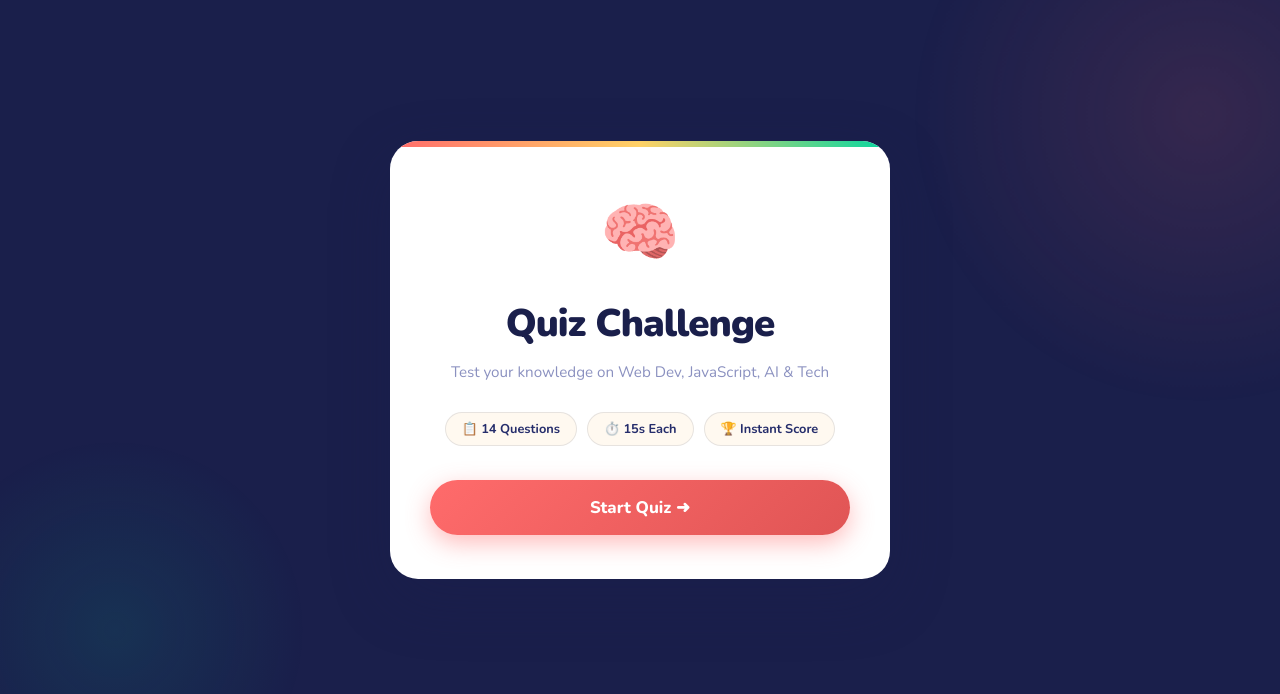
Repository: fatimaqueen9967-eng/SyntacexhubQuizApp
Page: index.html
The author's editor kept a copy of each file at every save. The page is drawn from the files as they stood at one save, then again after the next save.
The browser window is 1280 px wide. The pictures show the whole page.

Above is the page before, as saved 2026-03-15 16:12:42.

### index.html
<!DOCTYPE html>
<html lang="en">
<head>
    <meta charset="UTF-8">
    <meta name="viewport" content="width=device-width, initial-scale=1.0">
    <title>Quiz App</title>
    <link rel="preconnect" href="https://fonts.googleapis.com">
    <link href="https://fonts.googleapis.com/css2?family=Nunito:wght@400;600;700;800;900&display=swap" rel="stylesheet">
    <link rel="stylesheet" href="style.css">
</head>
<body>

    <!-- ========== SCREEN 1: START ========== -->
    <div id="start-screen" class="screen active">
        <div class="start-card">
            <div class="start-icon">🧠</div>
            <h1>Quiz Challenge</h1>
            <p class="start-sub">Test your knowledge on Web Dev, JavaScript, AI & Tech</p>
            <div class="start-badges">
                <div class="badge">📋 14 Questions</div>
                <div class="badge">⏱️ 15s Each</div>
                <div class="badge">🏆 Instant Score</div>
            </div>
            <button id="startBtn" class="btn-main">Start Quiz ➜</button>
        </div>
    </div>

    <!-- ========== SCREEN 2: QUIZ ========== -->
    <div id="quiz-screen" class="screen">
        <h1 class="quiz-heading">My Quiz App</h1>
        <div class="box" id="quiz-box">
            <div id="progress-bar-wrap">
                <div id="progress-bar"></div>
            </div>
            <div id="meta-row">
                <span id="q-counter">Question 1 / 14</span>
                <span id="timer">⏱ 15s</span>
            </div>
            <div class="question">
                <p id="question-text">Loading...</p>
            </div>
            <div class="options" id="options-container"></div>
            <p id="feedback"></p>
            <button id="nextBtn" style="display:none;">Next →</button>
        </div>
    </div>

    <!-- ========== SCREEN 3: RESULT ========== -->
    <div id="result-screen" class="screen">
        <div class="result-card">
            <div class="result-trophy" id="result-trophy">🏆</div>
            <h2 class="result-title" id="result-title">Excellent!</h2>
            <p class="result-sub" id="result-sub">You really know your stuff!</p>

            <div class="score-ring-wrap">
                <svg class="score-svg" viewBox="0 0 120 120">
                    <defs>
                        <linearGradient id="scoreGrad" x1="0%" y1="0%" x2="100%" y2="100%">
                            <stop offset="0%"   stop-color="#ff6b6b"/>
                            <stop offset="50%"  stop-color="#ffd166"/>
                            <stop offset="100%" stop-color="#06d6a0"/>
                        </linearGradient>
                    </defs>
                    <circle class="ring-bg"   cx="60" cy="60" r="50"/>
                    <circle class="ring-fill" id="ring-fill" cx="60" cy="60" r="50"/>
                </svg>
                <div class="score-center">
                    <span class="score-num" id="score-num">0</span>
                    <span class="score-den">/14</span>
                </div>
            </div>

            <div class="result-stats">
                <div class="stat-box stat-correct">
                    <span class="stat-icon">✅</span>
                    <span class="stat-num" id="st-correct">0</span>
                    <span class="stat-lbl">Correct</span>
                </div>
                <div class="stat-box stat-wrong">
                    <span class="stat-icon">❌</span>
                    <span class="stat-num" id="st-wrong">0</span>
                    <span class="stat-lbl">Wrong</span>
                </div>
                <div class="stat-box stat-pct">
                    <span class="stat-icon">📊</span>
                    <span class="stat-num" id="st-pct">0%</span>
                    <span class="stat-lbl">Score</span>
                </div>
            </div>

            <p class="result-msg" id="result-msg"></p>

            <div class="result-btns">
                <button id="restartBtn" class="btn-main">🔄 Play Again</button>
            </div>
        </div>
    </div>

    <script src="script.js"></script>
</body>
</html>

### style.css
@import url('https://fonts.googleapis.com/css2?family=Nunito:wght@400;600;700;800;900&display=swap');

*, *::before, *::after {
    box-sizing: border-box;
    margin: 0;
    padding: 0;
}

:root {
    --navy:        #1a1f4b;
    --navy-mid:    #252d6b;
    --navy-light:  #3a4490;
    --coral:       #ff6b6b;
    --coral-dark:  #e05555;
    --coral-light: #ff9a9a;
    --cream:       #fff9f0;
    --gold:        #ffd166;
    --gold-dark:   #f5b800;
    --mint:        #06d6a0;
    --mint-dark:   #05b887;
    --text-dark:   #1a1f4b;
    --text-mid:    #4a5180;
    --text-muted:  #8b91c0;
    --white:       #ffffff;
    --shadow-deep: 0 20px 60px rgba(26,31,75,0.3);
    --radius-sm:   10px;
    --radius-md:   18px;
    --radius-lg:   28px;
}

body {
    font-family: 'Nunito', sans-serif;
    background: var(--navy);
    min-height: 100vh;
    display: flex;
    align-items: center;
    justify-content: center;
    padding: 20px;
    overflow-x: hidden;
    position: relative;
}

body::before {
    content: '';
    position: fixed;
    width: 600px; height: 600px;
    background: radial-gradient(circle, rgba(255,107,107,0.12) 0%, transparent 65%);
    top: -200px; right: -200px;
    border-radius: 50%;
    pointer-events: none;
    animation: bgFloat 8s ease-in-out infinite alternate;
}
body::after {
    content: '';
    position: fixed;
    width: 400px; height: 400px;
    background: radial-gradient(circle, rgba(6,214,160,0.1) 0%, transparent 65%);
    bottom: -100px; left: -100px;
    border-radius: 50%;
    pointer-events: none;
    animation: bgFloat 10s ease-in-out infinite alternate-reverse;
}
@keyframes bgFloat {
    from { transform: translate(0,0) scale(1); }
    to   { transform: translate(30px,20px) scale(1.08); }
}

/* SCREENS */
.screen {
    position: fixed;
    inset: 0;
    display: flex;
    flex-direction: column;
    align-items: center;
    justify-content: center;
    padding: 20px;
    opacity: 0;
    pointer-events: none;
    transition: opacity 0.45s ease;
    z-index: 10;
    overflow-y: auto;
}
.screen.active {
    opacity: 1;
    pointer-events: all;
}

/* START CARD */
.start-card {
    background: var(--white);
    border-radius: var(--radius-lg);
    padding: 52px 40px 44px;
    text-align: center;
    max-width: 440px;
    width: 100%;
    box-shadow: var(--shadow-deep);
    animation: popIn 0.7s cubic-bezier(0.16,1,0.3,1) both;
    position: relative;
    overflow: hidden;
}
.start-card::before {
    content: '';
    position: absolute;
    top: 0; left: 0; right: 0;
    height: 6px;
    background: linear-gradient(90deg, var(--coral), var(--gold), var(--mint));
}

.start-icon {
    font-size: 4rem;
    display: block;
    margin-bottom: 16px;
    animation: bounce 1.8s ease-in-out infinite;
}
@keyframes bounce {
    0%,100% { transform: translateY(0); }
    50%      { transform: translateY(-10px); }
}

.start-card h1 {
    font-size: 2.4rem;
    font-weight: 900;
    color: var(--navy);
    letter-spacing: -1px;
    margin-bottom: 10px;
}
.start-sub {
    color: var(--text-muted);
    font-size: 0.95rem;
    line-height: 1.6;
    margin-bottom: 28px;
}
.start-badges {
    display: flex;
    justify-content: center;
    gap: 10px;
    flex-wrap: wrap;
    margin-bottom: 34px;
}
.badge {
    background: var(--cream);
    color: var(--navy-mid);
    border: 1.5px solid rgba(26,31,75,0.1);
    padding: 7px 16px;
    border-radius: 50px;
    font-size: 0.8rem;
    font-weight: 700;
}

/* MAIN BUTTON */
.btn-main {
    display: inline-flex;
    align-items: center;
    justify-content: center;
    gap: 8px;
    width: 100%;
    padding: 16px 32px;
    background: linear-gradient(135deg, var(--coral), var(--coral-dark));
    color: var(--white);
    border: none;
    border-radius: 50px;
    font-family: 'Nunito', sans-serif;
    font-size: 1.05rem;
    font-weight: 800;
    cursor: pointer;
    box-shadow: 0 8px 24px rgba(255,107,107,0.45);
    transition: transform 0.25s ease, box-shadow 0.25s ease;
}
.btn-main:hover {
    transform: translateY(-3px);
    box-shadow: 0 14px 32px rgba(255,107,107,0.55);
}
.btn-main:active { transform: translateY(0); }

/* QUIZ SCREEN */
.quiz-heading {
    font-size: 1.5rem;
    font-weight: 900;
    color: var(--white);
    margin-bottom: 18px;
    letter-spacing: -0.5px;
}
.box {
    background: var(--white);
    color: var(--text-dark);
    padding: 28px 24px;
    border-radius: var(--radius-md);
    width: 100%;
    max-width: 460px;
    overflow-wrap: anywhere;
    box-shadow: var(--shadow-deep);
    border-top: 6px solid var(--coral);
}

#progress-bar-wrap {
    background: #ede8ff;
    border-radius: 50px;
    height: 8px;
    margin-bottom: 14px;
    overflow: hidden;
}
#progress-bar {
    height: 100%;
    background: linear-gradient(90deg, var(--coral), var(--gold));
    border-radius: 50px;
    width: 0%;
    transition: width 0.5s ease;
    box-shadow: 0 0 8px rgba(255,107,107,0.4);
}

#meta-row {
    display: flex;
    justify-content: space-between;
    align-items: center;
    margin-bottom: 18px;
    font-size: 0.82rem;
    font-weight: 700;
    color: var(--text-mid);
}
#timer {
    background: #fff0f0;
    border: 1.5px solid var(--coral-light);
    color: var(--coral-dark);
    padding: 4px 14px;
    border-radius: 50px;
    font-weight: 800;
    font-size: 0.8rem;
    transition: all 0.3s;
}
#timer.urgent {
    background: var(--coral);
    color: var(--white);
    border-color: var(--coral);
    animation: timerPulse 0.5s ease infinite alternate;
}
@keyframes timerPulse {
    from { transform: scale(1); }
    to   { transform: scale(1.08); }
}

.question { margin-bottom: 16px; }
.question p {
    font-size: 1.05rem;
    font-weight: 700;
    color: var(--navy);
    line-height: 1.65;
}
.options {
    display: flex;
    flex-direction: column;
    gap: 8px;
    margin-bottom: 16px;
}

button {
    background: var(--cream);
    color: var(--navy);
    padding: 12px 16px;
    margin: 0;
    border: 2px solid rgba(26,31,75,0.1);
    border-radius: var(--radius-sm);
    cursor: pointer;
    font-family: 'Nunito', sans-serif;
    font-size: 0.88rem;
    font-weight: 700;
    text-align: left;
    width: 100%;
    transition: background 0.2s, transform 0.18s, box-shadow 0.2s, border-color 0.2s;
    animation: fadeSlideUp 0.3s ease both;
}
button:nth-child(1) { animation-delay: 0.04s; }
button:nth-child(2) { animation-delay: 0.09s; }
button:nth-child(3) { animation-delay: 0.14s; }
button:nth-child(4) { animation-delay: 0.19s; }

button:hover:not(:disabled) {
    background: #ede8ff;
    border-color: var(--navy-light);
    transform: translateX(5px);
    box-shadow: 0 4px 14px rgba(26,31,75,0.12);
}
button.correct {
    background: #d4f7e8 !important;
    border-color: var(--mint) !important;
    color: #047857 !important;
    animation: correctPop 0.35s ease both;
}
button.wrong {
    background: #ffe5e5 !important;
    border-color: var(--coral) !important;
    color: var(--coral-dark) !important;
    animation: wrongShake 0.4s ease both;
}
button:disabled { cursor: not-allowed; opacity: 0.9; }

#feedback {
    font-size: 0.85rem;
    font-weight: 700;
    min-height: 22px;
    margin-bottom: 10px;
    color: var(--text-muted);
}
#feedback.ok      { color: var(--mint-dark); }
#feedback.err     { color: var(--coral-dark); }
#feedback.timeout { color: var(--gold-dark); }

#nextBtn {
    background: linear-gradient(135deg, var(--navy), var(--navy-light));
    color: var(--white);
    padding: 12px 28px;
    border: none;
    border-radius: 50px;
    font-family: 'Nunito', sans-serif;
    font-size: 0.92rem;
    font-weight: 800;
    width: 100%;
    text-align: center;
    cursor: pointer;
    box-shadow: 0 6px 18px rgba(26,31,75,0.3);
    transition: transform 0.2s, box-shadow 0.2s;
    animation: fadeIn 0.3s ease both;
}
#nextBtn:hover {
    transform: translateY(-2px);
    box-shadow: 0 10px 26px rgba(26,31,75,0.4);
}

/* RESULT SCREEN */
.result-card {
    background: var(--white);
    border-radius: var(--radius-lg);
    padding: 44px 36px 40px;
    text-align: center;
    max-width: 440px;
    width: 100%;
    box-shadow: var(--shadow-deep);
    animation: popIn 0.7s cubic-bezier(0.16,1,0.3,1) both;
    position: relative;
    overflow: hidden;
}
.result-card::before {
    content: '';
    position: absolute;
    top: 0; left: 0; right: 0;
    height: 6px;
    background: linear-gradient(90deg, var(--gold), var(--coral), var(--mint));
}
.result-trophy {
    font-size: 4rem;
    display: block;
    margin-bottom: 10px;
    animation: trophyBounce 0.7s cubic-bezier(0.36,0.07,0.19,0.97) both 0.2s;
}
@keyframes trophyBounce {
    0%   { transform: scale(0) rotate(-15deg); opacity: 0; }
    60%  { transform: scale(1.25) rotate(5deg); }
    80%  { transform: scale(0.9) rotate(-3deg); }
    100% { transform: scale(1) rotate(0deg); opacity: 1; }
}
.result-title {
    font-size: 2rem;
    font-weight: 900;
    color: var(--navy);
    margin-bottom: 4px;
    letter-spacing: -0.5px;
}
.result-sub {
    color: var(--text-muted);
    font-size: 0.92rem;
    margin-bottom: 26px;
}

/* Score Ring */
.score-ring-wrap {
    position: relative;
    width: 150px; height: 150px;
    margin: 0 auto 28px;
}
.score-svg {
    width: 100%; height: 100%;
    transform: rotate(-90deg);
}
.ring-bg {
    fill: none;
    stroke: #f0eeff;
    stroke-width: 10;
}
.ring-fill {
    fill: none;
    stroke: url(#scoreGrad);
    stroke-width: 10;
    stroke-linecap: round;
    stroke-dasharray: 314;
    stroke-dashoffset: 314;
    transition: stroke-dashoffset 1.4s cubic-bezier(0.4,0,0.2,1) 0.3s;
}
.score-center {
    position: absolute;
    inset: 0;
    display: flex;
    align-items: center;
    justify-content: center;
    gap: 2px;
}
.score-num {
    font-size: 2.4rem;
    font-weight: 900;
    color: var(--navy);
    line-height: 1;
}
.score-den {
    font-size: 1rem;
    font-weight: 700;
    color: var(--text-muted);
    margin-top: 10px;
}

/* Stat Boxes */
.result-stats {
    display: flex;
    gap: 12px;
    margin-bottom: 20px;
    justify-content: center;
}
.stat-box {
    flex: 1;
    border-radius: var(--radius-sm);
    padding: 14px 10px;
    display: flex;
    flex-direction: column;
    align-items: center;
    gap: 4px;
    border: 2px solid transparent;
}
.stat-correct { background: #e8fdf4; border-color: #a7f3d0; }
.stat-wrong   { background: #fff1f1; border-color: #fecaca; }
.stat-pct     { background: #fff9e6; border-color: #fde68a; }
.stat-icon { font-size: 1.2rem; }
.stat-box .stat-num {
    font-size: 1.6rem;
    font-weight: 900;
    line-height: 1;
}
.stat-correct .stat-num { color: #059669; }
.stat-wrong   .stat-num { color: var(--coral-dark); }
.stat-pct     .stat-num { color: var(--gold-dark); }
.stat-lbl {
    font-size: 0.72rem;
    font-weight: 700;
    color: var(--text-muted);
    text-transform: uppercase;
    letter-spacing: 0.5px;
}
.result-msg {
    background: var(--cream);
    border-left: 4px solid var(--coral);
    color: var(--text-mid);
    font-size: 0.88rem;
    font-weight: 600;
    line-height: 1.55;
    padding: 12px 16px;
    border-radius: 0 var(--radius-sm) var(--radius-sm) 0;
    margin-bottom: 24px;
    text-align: left;
}
.result-btns { display: flex; gap: 12px; }

/* ANIMATIONS */
@keyframes popIn {
    from { opacity: 0; transform: scale(0.92) translateY(24px); }
    to   { opacity: 1; transform: scale(1) translateY(0); }
}
@keyframes fadeSlideUp {
    from { opacity: 0; transform: translateY(10px); }
    to   { opacity: 1; transform: translateY(0); }
}
@keyframes fadeIn {
    from { opacity: 0; }
    to   { opacity: 1; }
}
@keyframes correctPop {
    0%   { transform: scale(1); }
    40%  { transform: scale(1.04); }
    100% { transform: scale(1); }
}
@keyframes wrongShake {
    0%,100% { transform: translateX(0); }
    20%     { transform: translateX(-7px); }
    40%     { transform: translateX(7px); }
    60%     { transform: translateX(-4px); }
    80%     { transform: translateX(4px); }
}
.question p.slide-in {
    animation: fadeDown 0.35s ease both;
}
@keyframes fadeDown {
    from { opacity: 0; transform: translateY(-10px); }
    to   { opacity: 1; transform: translateY(0); }
}

/* MEDIA QUERIES */
@media (max-width: 600px) {
    .start-card, .result-card { padding: 38px 20px 32px; }
    .start-card h1 { font-size: 1.9rem; }
    .box { padding: 22px 16px; }
    .quiz-heading { font-size: 1.25rem; }
    .question p { font-size: 0.96rem; }
    button { font-size: 0.82rem; padding: 11px 14px; }
    #meta-row { font-size: 0.76rem; }
    .result-title { font-size: 1.6rem; }
    .score-ring-wrap { width: 130px; height: 130px; }
    .score-num { font-size: 2rem; }
    .stat-box { padding: 12px 8px; }
    .stat-box .stat-num { font-size: 1.3rem; }
}
@media (max-width: 380px) {
    body { padding: 12px; }
    .start-card h1 { font-size: 1.6rem; }
    .start-badges { flex-direction: column; align-items: center; }
}
@media (min-width: 900px) {
    .box, .start-card, .result-card { max-width: 500px; }
}

Loaded but not shown: script.js (209 lines, source omitted)

After the next save:
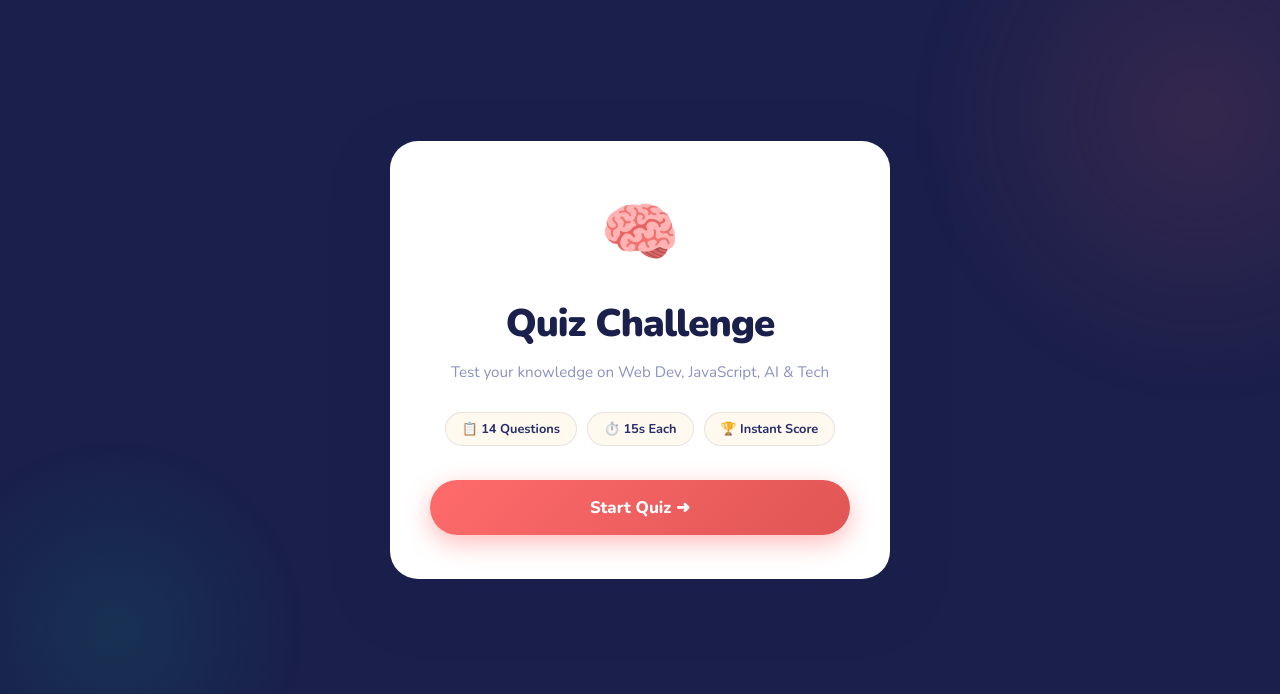
Saved 84 s later.
--- a/style.css
+++ b/style.css
@@ -103,7 +103,7 @@ body::after {
     position: absolute;
     top: 0; left: 0; right: 0;
     height: 6px;
-    background: linear-gradient(90deg, var(--coral), var(--gold), var(--mint));
+    /* background: linear-gradient(90deg, var(--coral), var(--gold), var(--mint)); */
 }
 
 .start-icon {

After the save that followed:
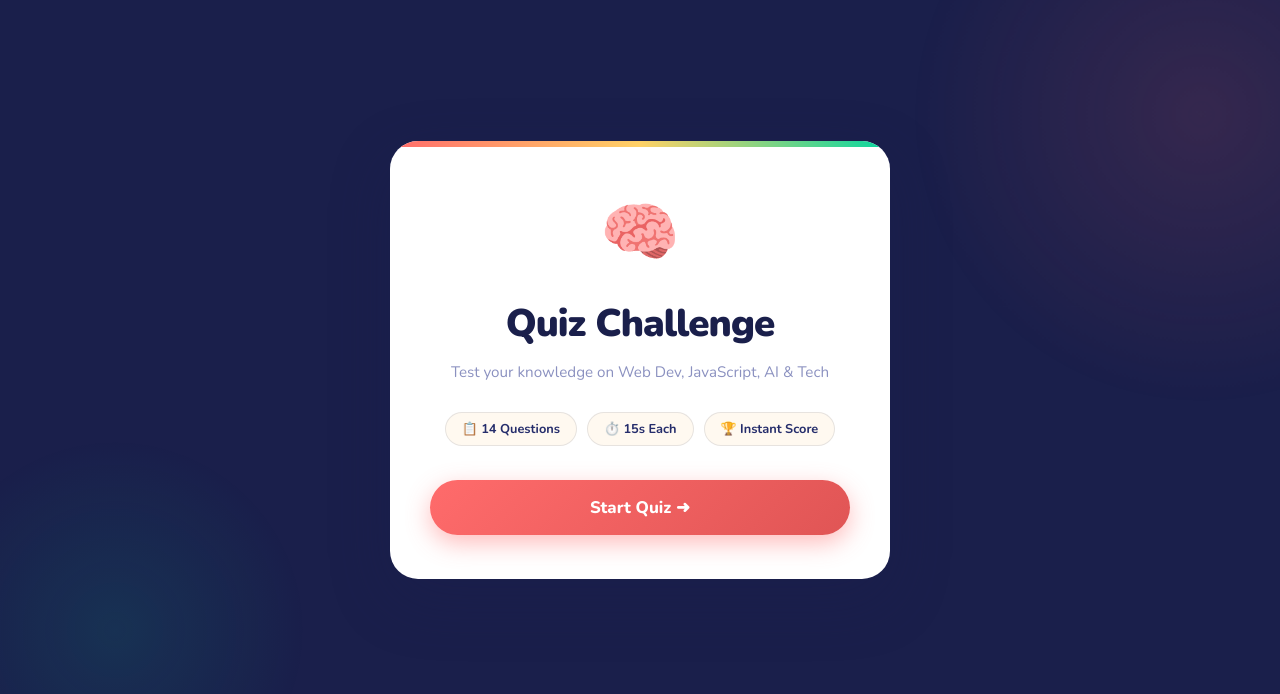
Saved 10 s later.
--- a/style.css
+++ b/style.css
@@ -103,7 +103,7 @@ body::after {
     position: absolute;
     top: 0; left: 0; right: 0;
     height: 6px;
-    /* background: linear-gradient(90deg, var(--coral), var(--gold), var(--mint)); */
+    background: linear-gradient(90deg, var(--coral), var(--gold), var(--mint));
 }
 
 .start-icon {
